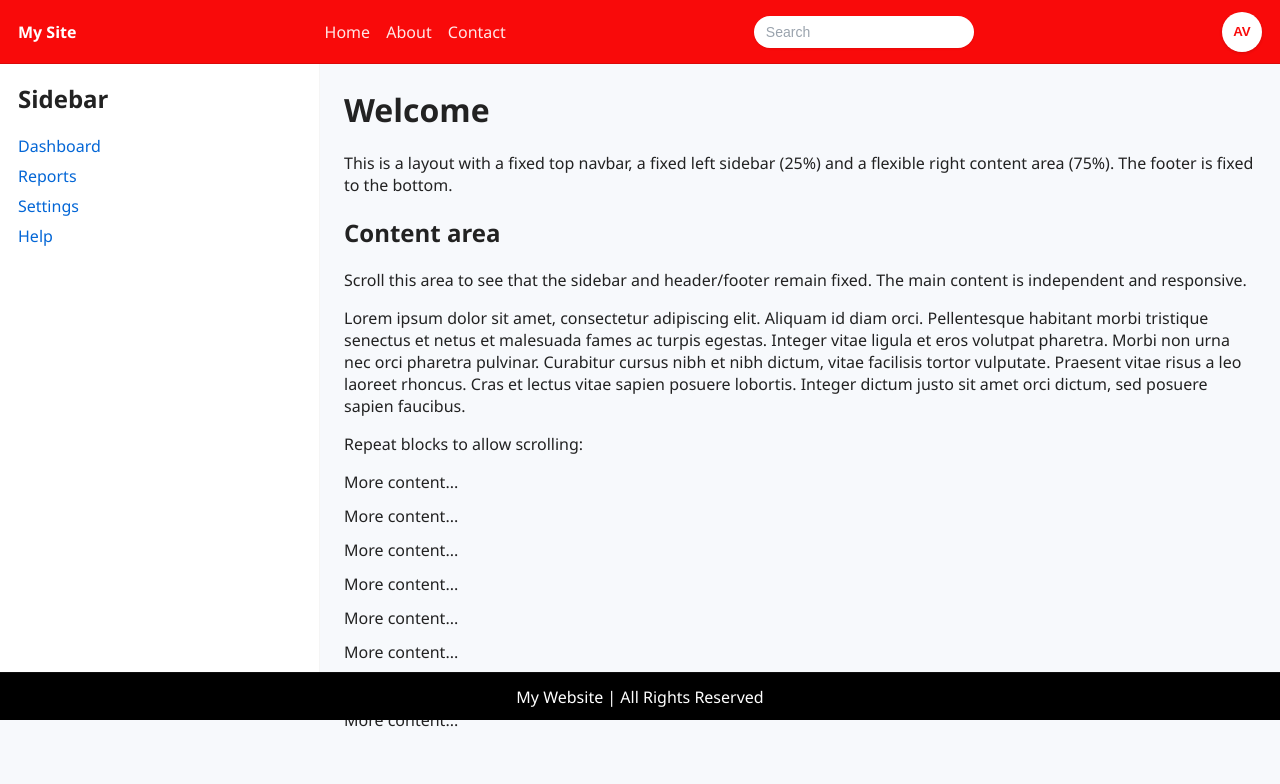
Repository: AdityaTech-Pro/FullStackWithBridgelabz
Page: Assignment8/WebPageWithFixedNavbarAndFooter/index.html
The author's editor kept a copy of each file at every save. The page is drawn from the files as they stood at one save, then again after the next save.
The browser window is 1280 px wide. The pictures show the whole page.

Above is the page before, as saved 2025-11-05 09:31:20.

### Assignment8/WebPageWithFixedNavbarAndFooter/index.html
<!doctype html>
<html lang="en">

<head>
    <meta charset="utf-8" />
    <meta name="viewport" content="width=device-width, initial-scale=1" />
    <title>Fixed Navbar, Sidebar & Footer Layout</title>
    <link rel="stylesheet" href="styles.css">
</head>

<body>
    <header class="site-header">
        <div class="brand">My Site</div>
        <nav class="top-nav">
            <a href="#">Home</a>
            <a href="#">About</a>
            <a href="#">Contact</a>
        </nav>

        <!-- Search form placed between nav and profile -->
        <form class="nav-search" role="search" action="#" method="get">
            <label for="nav-search-input" class="sr-only">Search</label>
            <input id="nav-search-input" type="search" name="q" placeholder="Search" aria-label="Search" />
        </form>

        <!-- Profile circle (initials shown if no image) -->
        <button class="profile" title="User menu" aria-label="User menu">AV</button>
    </header>

    <aside class="sidebar-left" aria-label="Primary sidebar">
        <div class="sidebar-inner">
            <h2>Sidebar</h2>
            <ul>
                <li><a href="#">Dashboard</a></li>
                <li><a href="#">Reports</a></li>
                <li><a href="#">Settings</a></li>
                <li><a href="#">Help</a></li>
            </ul>
        </div>
    </aside>

    <main class="main-content">
        <div class="content-inner">
            <h1>Welcome</h1>
            <p>This is a layout with a fixed top navbar, a fixed left sidebar (25%) and a flexible right content area (75%). The footer is fixed to the bottom.</p>

            <section>
                <h2>Content area</h2>
                <p>Scroll this area to see that the sidebar and header/footer remain fixed. The main content is independent and responsive.</p>
                <p>Lorem ipsum dolor sit amet, consectetur adipiscing elit. Aliquam id diam orci. Pellentesque habitant morbi tristique senectus et netus et malesuada fames ac turpis egestas. Integer vitae ligula et eros volutpat pharetra. Morbi non urna
                    nec orci pharetra pulvinar. Curabitur cursus nibh et nibh dictum, vitae facilisis tortor vulputate. Praesent vitae risus a leo laoreet rhoncus. Cras et lectus vitae sapien posuere lobortis. Integer dictum justo sit amet orci dictum,
                    sed posuere sapien faucibus.</p>
                <p>Repeat blocks to allow scrolling:</p>
                <div class="filler">
                    <p>More content...</p>
                    <p>More content...</p>
                    <p>More content...</p>
                    <p>More content...</p>
                    <p>More content...</p>
                    <p>More content...</p>
                    <p>More content...</p>
                    <p>More content...</p>
                </div>
            </section>
        </div>
    </main>

    <footer class="site-footer">
        <div>My Website | All Rights Reserved</div>
    </footer>
</body>

</html>

### Assignment8/WebPageWithFixedNavbarAndFooter/styles.css
:root{
  --header-height: 64px;
  --footer-height: 48px;
  --sidebar-width: 25%; /* left sidebar width */
  --gap: 16px;
  --bg: #f7f9fc;
  --accent: #0366d6;
  --header-bg: #f90a0aff; /* coffee brown */
  --header-text: #ffffff;
  --footer-bg: #000000;
  --footer-text: #ffffff;
}

*{box-sizing:border-box}
html,body{height:100%;margin:0;font-family:Segoe UI, Roboto, Arial, sans-serif;background:var(--bg);color:#222}

/* Header */
.site-header{
  position:fixed;
  top:0;left:0;right:0;
  height:var(--header-height);
  background:var(--header-bg);
  color:var(--header-text);
  border-bottom:1px solid rgba(0,0,0,0.12);
  display:flex;align-items:center;justify-content:space-between;
  gap:12px;padding:0 18px;z-index:1000;
}
.site-header .brand{font-weight:700;color:var(--header-text)}
.top-nav a{margin-left:12px;color:rgba(255,255,255,0.9);text-decoration:none}

/* Profile avatar in header */
.profile{
  margin-left:12px;
  width:40px;height:40px;border-radius:50%;
  display:inline-flex;align-items:center;justify-content:center;
  background:#fff;color:var(--header-bg);border:0;cursor:pointer;font-weight:600;
  box-shadow:0 1px 3px rgba(0,0,0,0.15);
}
.profile:focus{outline:3px solid rgba(255,255,255,0.25);outline-offset:3px}

/* Navbar search */
.nav-search{display:inline-flex;align-items:center;margin-left:12px}
.nav-search input[type="search"]{
  width:220px;max-width:40vw;padding:8px 12px;border-radius:20px;border:0;font-size:14px;
  background:#fff;color:#222;box-shadow:0 1px 2px rgba(0,0,0,0.08);
}
.nav-search input::placeholder{color:#9aa3ad}
.nav-search input:focus{outline:3px solid rgba(255,255,255,0.15);outline-offset:2px}

/* Screen-reader only helper */
.sr-only{position:absolute!important;width:1px;height:1px;padding:0;margin:-1px;overflow:hidden;clip:rect(0,0,0,0);white-space:nowrap;border:0}

/* Footer */
.site-footer{
  position:fixed;left:0;right:0;bottom:0;
  height:var(--footer-height);
  background:var(--footer-bg);border-top:1px solid rgba(255,255,255,0.06);
  color:var(--footer-text);display:flex;align-items:center;justify-content:center;padding:0 18px;z-index:1000;
}

/* Left sidebar (fixed between header & footer) */
.sidebar-left{
  position:fixed;left:0;top:var(--header-height);bottom:var(--footer-height);
  width:var(--sidebar-width);
  background:#ffffff;padding:18px;border-right:1px solid rgba(0,0,0,0.04);overflow:auto;z-index:900;
}
.sidebar-left h2{margin-top:0}
.sidebar-left ul{list-style:none;padding:0;margin:0}
.sidebar-left li{margin:8px 0}
.sidebar-left a{text-decoration:none;color:#0366d6}

/* Main content (to the right, flexible) */
.main-content{
  margin-left:var(--sidebar-width);
  margin-top:var(--header-height);
  margin-bottom:var(--footer-height);
  padding:24px;min-height:calc(100vh - var(--header-height) - var(--footer-height));
  /* make main scroll if content overflows */
  overflow:auto;
}
.content-inner{max-width:1100px;margin:0 auto;background:transparent}

.filler p{margin:12px 0}

/* Small visual helpers */
h1{margin-top:0}

/* Responsive: collapse sidebar for narrow viewports */
@media (max-width:900px){
  :root{--sidebar-width:280px}
}
@media (max-width:700px){
  /* Move sidebar to top as a collapsible block */
  .sidebar-left{position:relative;top:0;left:0;width:100%;height:auto;border-right:0;border-bottom:1px solid rgba(0,0,0,0.06);}
  .main-content{margin-left:0}
  .site-header{padding:0 12px}
  .nav-search input[type="search"]{width:140px}
}

/* Small touches for keyboard focus */
a:focus{outline:2px dashed rgba(3,102,214,0.4);outline-offset:2px}

After the next save:
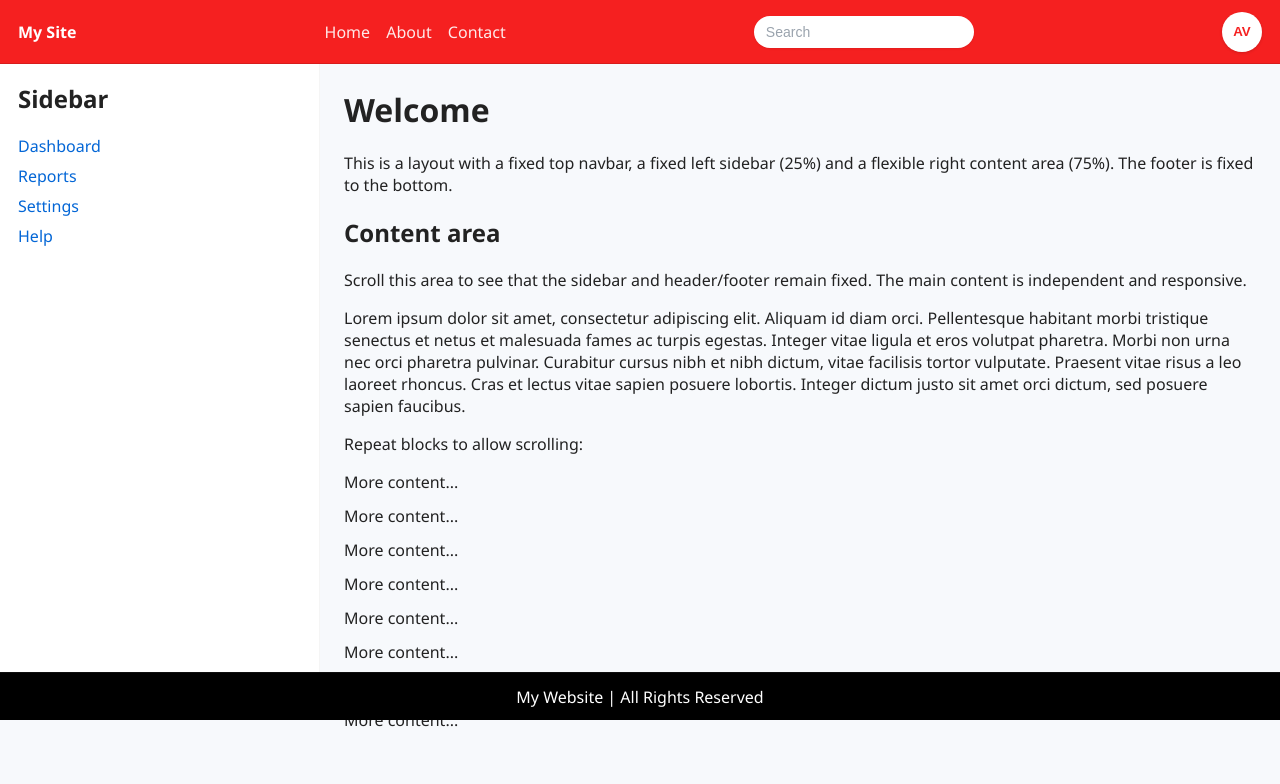
Saved 1 s later.
--- a/Assignment8/WebPageWithFixedNavbarAndFooter/styles.css
+++ b/Assignment8/WebPageWithFixedNavbarAndFooter/styles.css
@@ -5,7 +5,7 @@
   --gap: 16px;
   --bg: #f7f9fc;
   --accent: #0366d6;
-  --header-bg: #f90a0aff; /* coffee brown */
+  --header-bg: #f52020ff; /* coffee brown */
   --header-text: #ffffff;
   --footer-bg: #000000;
   --footer-text: #ffffff;
